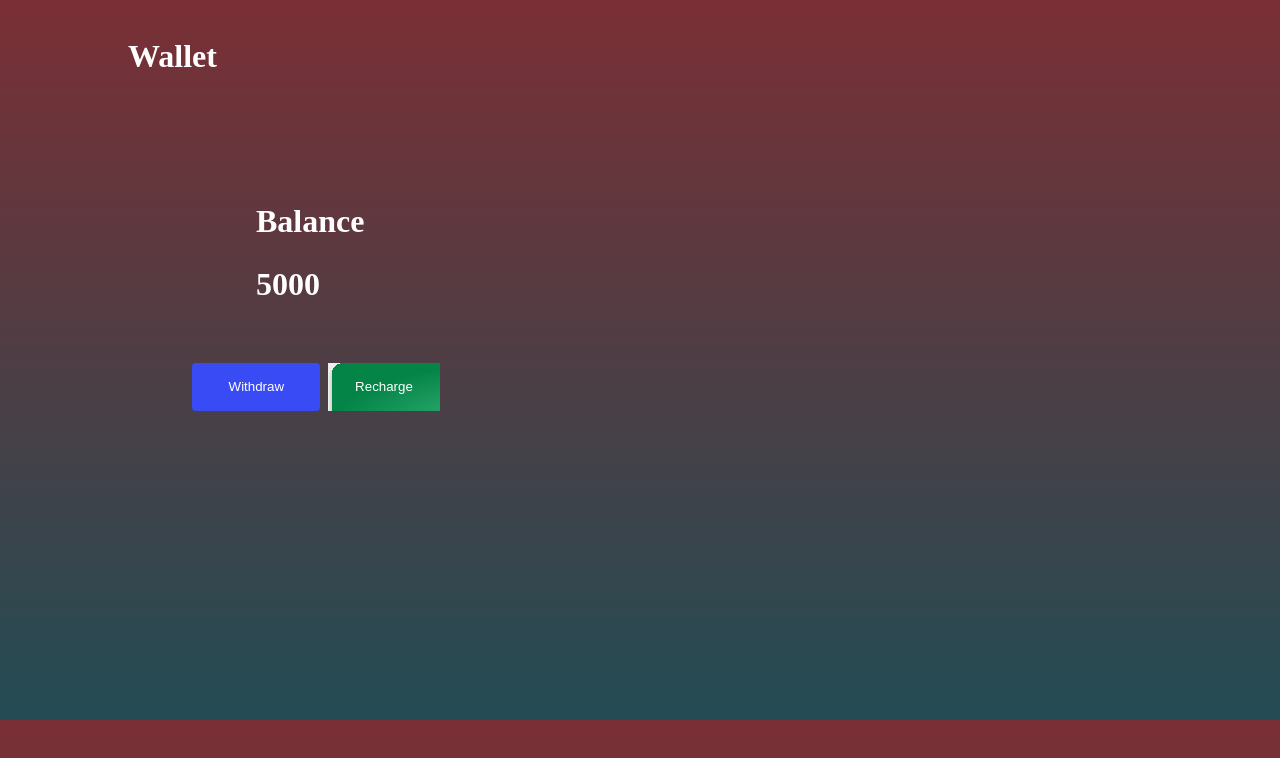
Repository: jagan607/N-Kalari
Page: /
The author's editor kept a copy of each file at every save. The page is drawn from the files as they stood at one save, then again after the next save.
The browser window is 1280 px wide. The pictures show the whole page.
The project was rebuilt for these pictures with package versions that can differ from the ones it lists, and the page was loaded fresh each time. Also part of the build but not shown: src/App.css, src/helpers/firebase.js, src/components/Login/Login.js.

Above is the page before, as saved 2022-01-07 17:58:57.

After the next save:
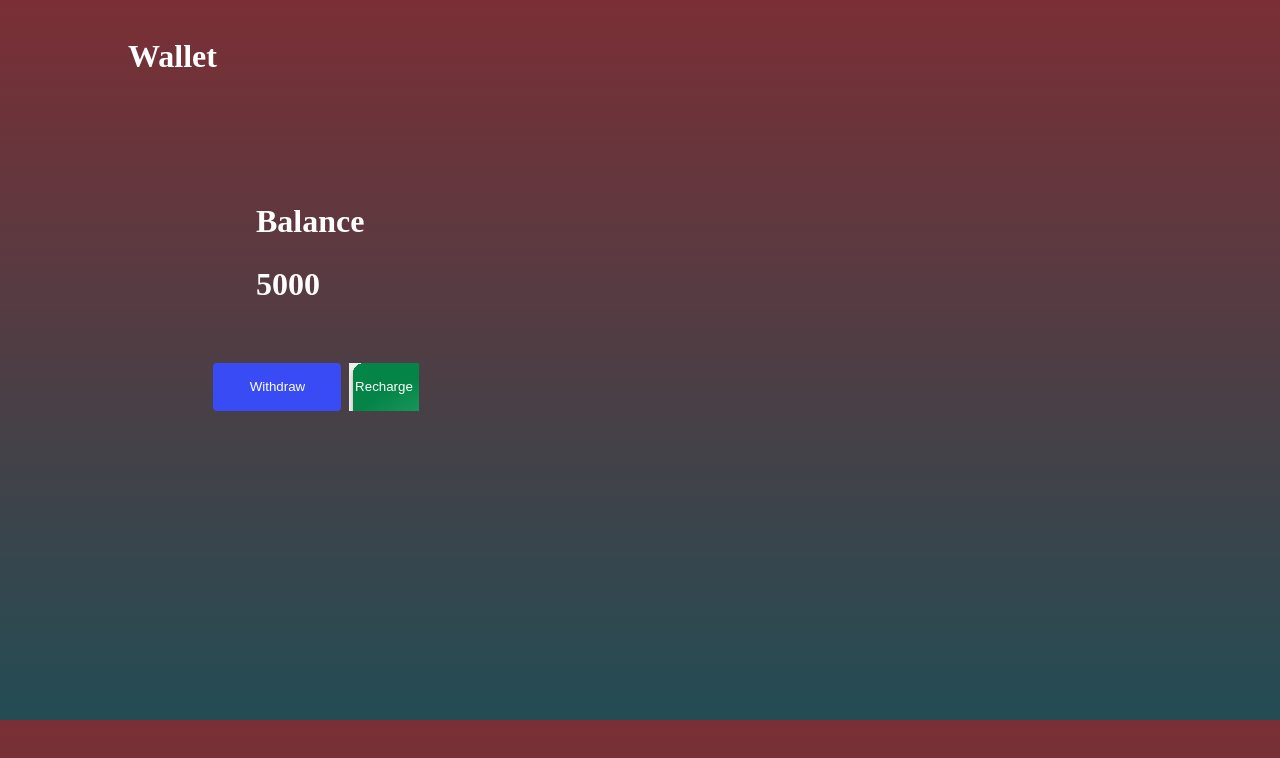
Saved 7 s later.
--- a/src/components/wallet/index.css
+++ b/src/components/wallet/index.css
@@ -40,7 +40,6 @@
 
 .recharge{
     margin-right: 2%;
-    width: 7rem;
     height: 3rem;
     background-image: url("data:[embedded picture, 1436 characters]");
     color: white;
